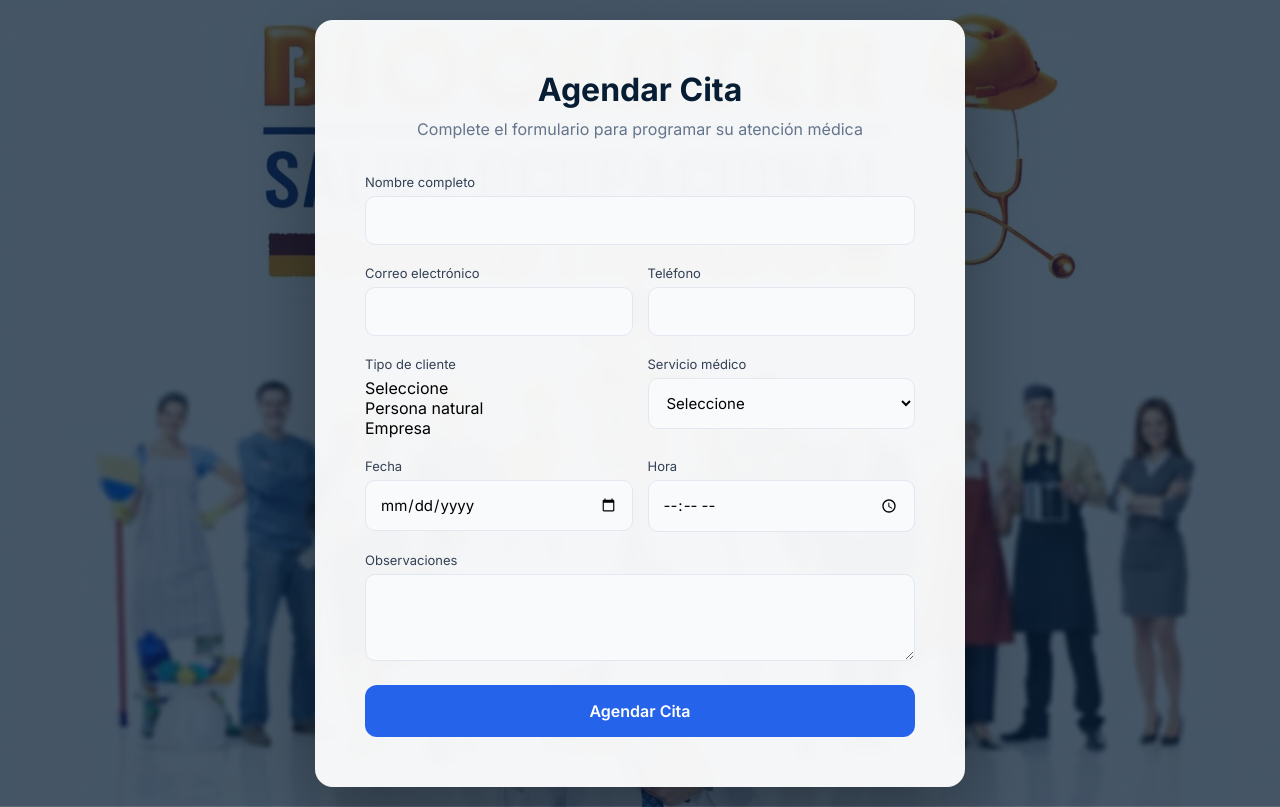
Repository: Miguelperdomo/Biocenter
Page: http://localhost/public_html/formulario.php
The author's editor kept a copy of each file at every save. The page is drawn from the files as they stood at one save, then again after the next save.
The browser window is 1280 px wide. The pictures show the whole page.
The page is run by PHP 8.4 with error messages shown; the project is at /var/www/html/.

Above is the page before, as saved 2026-02-17 12:19:32.

After the next save:
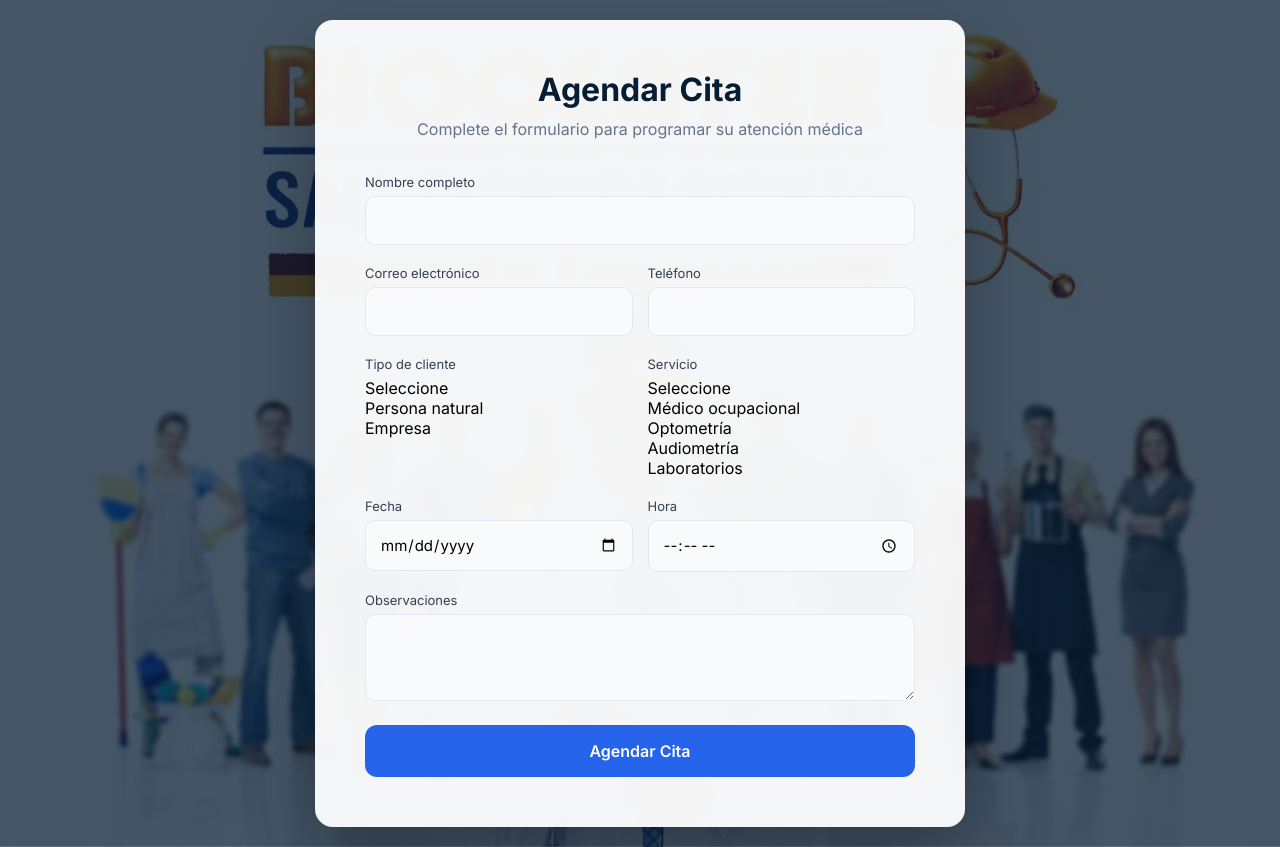
Saved 10 s later.
--- a/formulario.php
+++ b/formulario.php
@@ -185,15 +185,22 @@ body{
 
 
 <div class="input-group">
-<label>Servicio médico</label>
-<select name="servicio" required>
-<option value="">Seleccione</option>
-<option>Médico ocupacional</option>
-<option>Optometría</option>
-<option>Audiometría</option>
-<option>Laboratorios</option>
-</select>
-</div>
+<label>Servicio</label>
+
+<div class="custom-select" id="servicioSelect">
+    <div class="select-box">Seleccione</div>
+
+    <div class="options">
+        <div data-value="Medico ocupacional">Médico ocupacional</div>
+        <div data-value="Optometria">Optometría</div>
+        <div data-value="Audiometria">Audiometría</div>
+        <div data-value="Laboratorios">Laboratorios</div>
+    </div>
+
+    <input type="hidden" name="servicio">
+</div>
+</div>
+
 
 </div>
 
